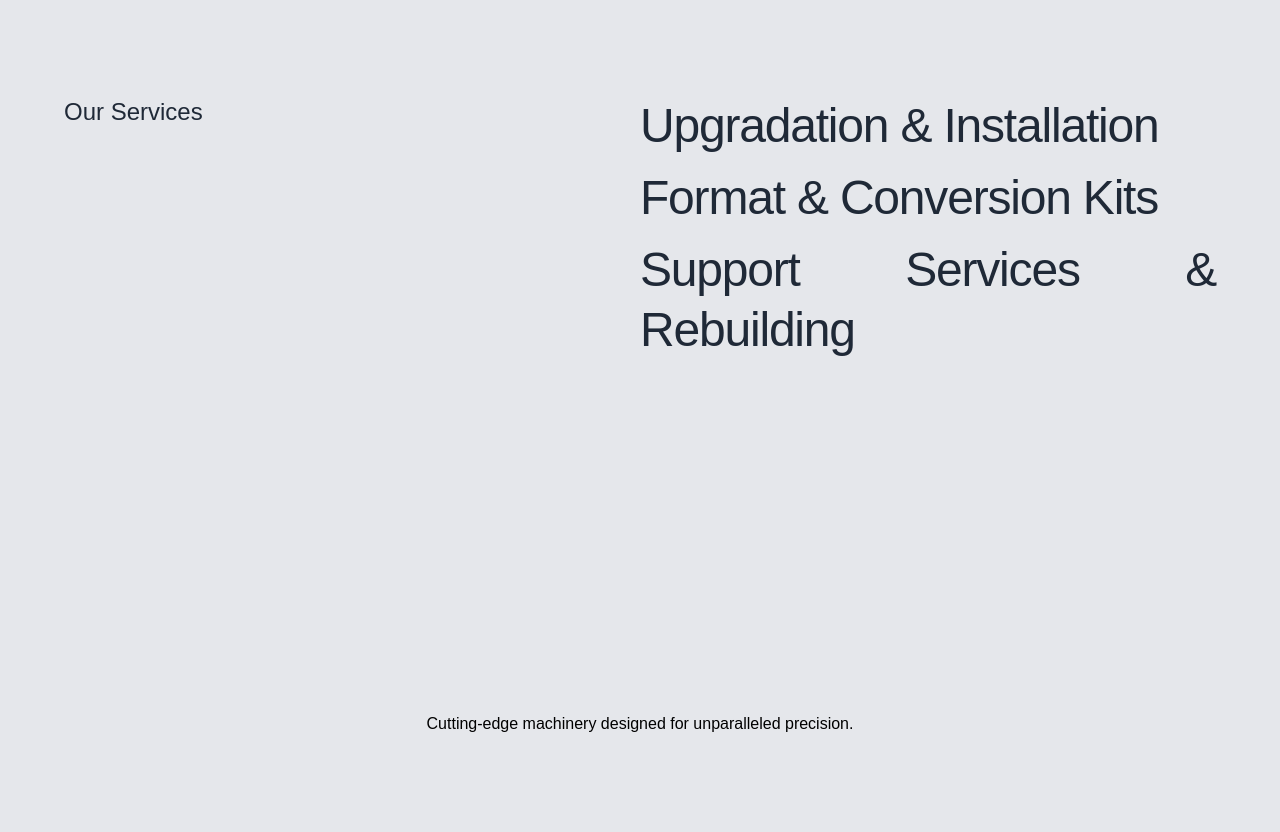
Repository: vespersolutionspk18/microtexwebsite
Page: /
The author's editor kept a copy of each file at every save. The page is drawn from the files as they stood at one save, then again after the next save.
The browser window is 1280 px wide. The pictures show the part of the page from y = 1564 to 2516 px (the page is 2396 px tall before and 2516 px after).
Some web fonts or font styles are not loaded; a fallback is used. The project was rebuilt for these pictures with package versions that can differ from the ones it lists, and the page was loaded fresh each time. The framework's server and built-in components were replaced by stand-ins that run in the browser. Also part of the build but not shown: next.config.mjs.

Above is the page before, as saved 2024-11-18 21:21:55.

After the next save:
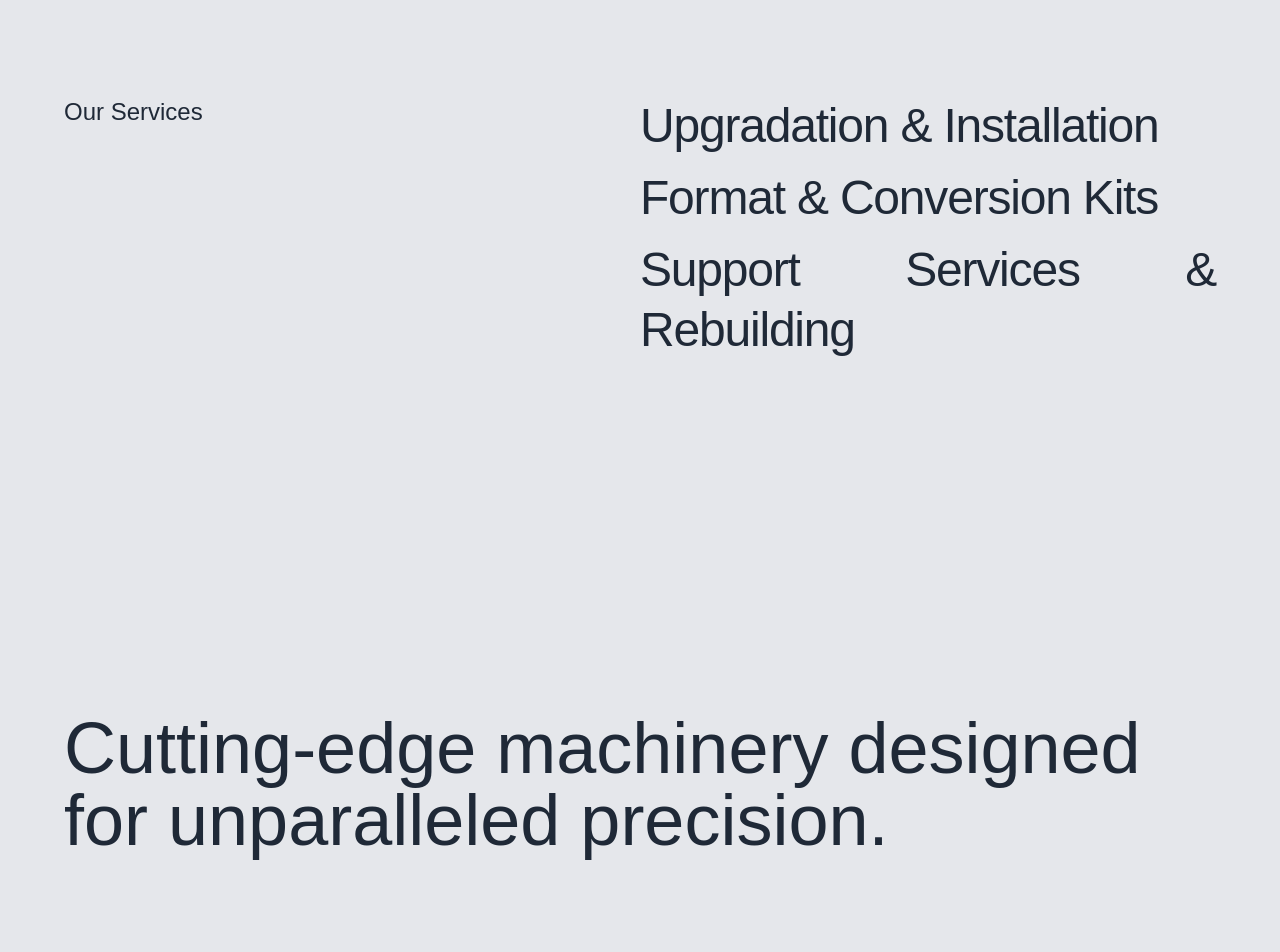
Saved 17 s later.
--- a/app/OurMachines.tsx
+++ b/app/OurMachines.tsx
@@ -3,7 +3,7 @@ import React from 'react'
 const OurMachines = () => {
   return (
     <div className="flex flex-row bg-gray-200 md:pt-64 pr-16 pl-16 pb-24 items-center justify-evenly">
-    <h3>Cutting-edge machinery designed for unparalleled precision.</h3>
+    <h3 className="font-light text-gray-800 font-sans text-7xl">Cutting-edge machinery designed for unparalleled precision.</h3>
     </div>
   )
 }
